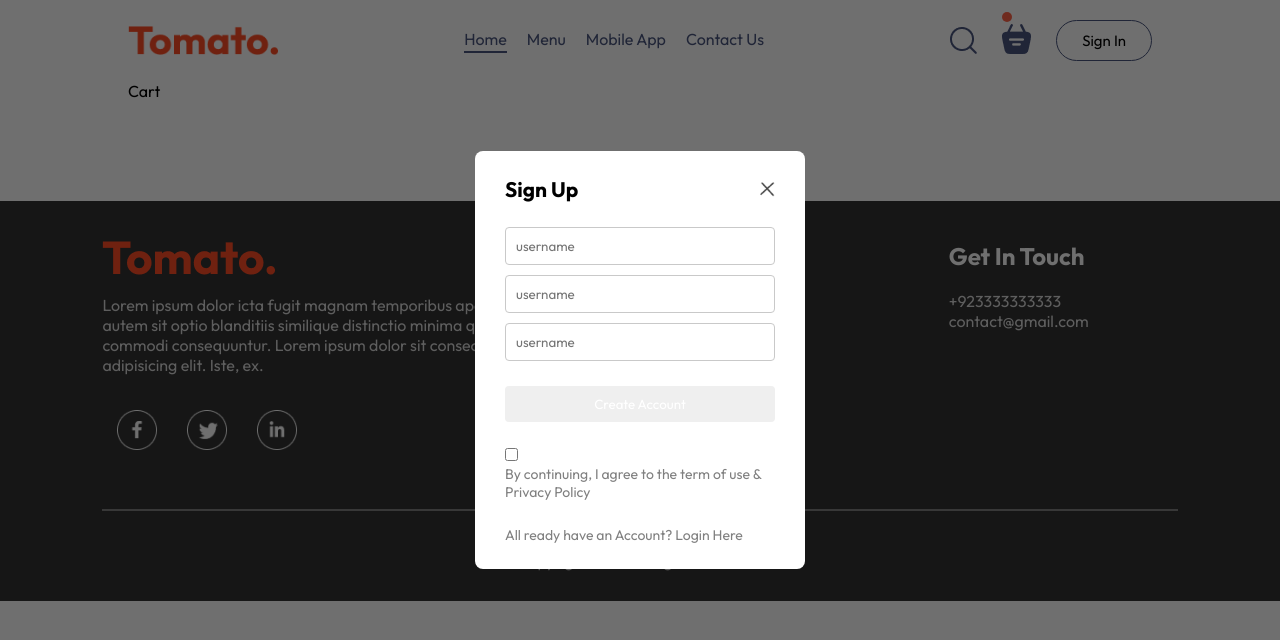
Repository: Attar786/Food-ordering-app
Page: /cart (app in frontend/), after clicking the first element matching `button`
The author's editor kept a copy of each file at every save. The page is drawn from the files as they stood at one save, then again after the next save.
The browser window is 1280 px wide. The pictures show the whole page.
The project was rebuilt for these pictures with package versions that can differ from the ones it lists, and the page was loaded fresh each time. Also part of the build but not shown: frontend/vite.config.js, frontend/src/components/Header/Header.css, frontend/src/components/Header/Header.jsx, frontend/src/components/ExploreMenu/ExploreMenu.css, frontend/src/components/ExploreMenu/ExploreMenu.jsx, frontend/src/components/FoodDisplay/FoodDisplay.css, frontend/src/components/FoodItem/FoodItem.css, frontend/src/components/FoodItem/FoodItem.jsx and 7 more.

Above is the page before, as saved 2024-07-30 14:31:51.

### frontend/src/main.jsx
import ReactDOM from 'react-dom/client'
import App from './App.jsx'
import './index.css'
import {BrowserRouter} from 'react-router-dom'
import StoreContextProvider from './context/StoreContext.jsx'
ReactDOM.createRoot(document.getElementById('root')).render(
<BrowserRouter>

<StoreContextProvider>
<App />
</StoreContextProvider>

    </BrowserRouter>
)

### frontend/src/App.jsx
import './index.css'
import Navbar from "./components/Navbar/Navbar"
import Home from './pages/Home/Home'
import Cart from './pages/Cart/Cart'
import PlaceOrder from './pages/PlaceOrder/PlaceOrder'
import { Route, Routes } from 'react-router-dom'
import Footer from './components/Footer/Footer'

import LoginPopup from './components/LoginPopup/LoginPopup'
import { useState } from 'react'
function App() {
  const [showLogin, setShowLogin] = useState(false);

  return (
    <>
  {showLogin?<LoginPopup setShowLogin={setShowLogin}/>:<></>}
  <div className='app'>
  <Navbar setShowLogin = {setShowLogin} />
<Routes>
<Route path='/' element={<Home/>}/>
<Route path='/cart' element={<Cart/>}/>
<Route path='/order' element={<PlaceOrder/>}/>
</Routes>
  </div>
  <Footer/>
    </>
  )
}

export default App

### frontend/src/index.css
@import url('https://fonts.googleapis.com/css2?family=Outfit:wght@100..900&display=swap');


*{
margin: 0;
padding: 0;
 box-sizing: border-box;
 font-family: outfit;
 scroll-behavior: smooth;
}
body{
height: 100vh;
}
a{
text-decoration: none;
color : inherit;
}
.app{
    width: 80%;
    margin: auto;
}
@keyframes fadeIn{
    0%{
        opacity: 0;
    }
    100%{
        opacity: 1;
    }
}

### frontend/src/context/StoreContext.jsx
import './StoreContext.css';
import { createContext, useEffect, useState } from 'react';
import { food_list } from '../assets/assets'; // Ensure this path is correct and food_list is correctly exported

export const StoreContext = createContext(null);

const StoreContextProvider = (props) => {
  const [cartItems, setCartItems] = useState({});

  const addToCart = (itemId) => {
    if (!cartItems[itemId]) {
      setCartItems((prev) => ({ ...prev, [itemId]: 1 }));
    } else {
      setCartItems((prev) => ({ ...prev, [itemId]: prev[itemId] + 1 }));
    }
  };

  const removeFromCart = (itemId) => {
    setCartItems((prev) => {
      const newCount = prev[itemId] - 1;
      if (newCount <= 0) {
        const { [itemId]: _, ...rest } = prev;
        return rest;
      } else {
        return { ...prev, [itemId]: newCount };
      }
    });
  };

  useEffect(() => {
    console.log(cartItems);
  }, [cartItems]);

  const contextValue = {
    food_list,
    cartItems,
    setCartItems,
    addToCart,
    removeFromCart,
  };

  return (
    <StoreContext.Provider value={contextValue}>
      {props.children}
    </StoreContext.Provider>
  );
};

export default StoreContextProvider;

### frontend/src/components/Navbar/Navbar.jsx
import { useState } from 'react';
import './Navbar.css';
import { assets } from '../../assets/assets';
import { Link } from 'react-router-dom'
const Navbar = ({setShowLogin}) => {
  const [menu, setMenu] = useState("home");

  const handleMenuClick = (menuItem) => {
    setMenu(menuItem);
  };

  return (
    <div className="navbar">
      <img src={assets.logo} alt="Logo" className="logo" />
      <ul className="navbar-menu">
        <Link to='/' onClick={() => handleMenuClick("home")} className={menu === "home" ? "active" : ""}>Home</Link>
        <a href='#explore-menu' onClick={() => handleMenuClick("menu")} className={menu === "menu" ? "active" : ""}>Menu</a>
        <a href='#app-download' onClick={() => handleMenuClick("mobile-app")} className={menu === "mobile-app" ? "active" : ""}>Mobile App</a>
        <a href='#footer' onClick={() => handleMenuClick("contact-us")} className={menu === "contact-us" ? "active" : ""}>Contact Us</a>
      </ul>
      <div className="navbar-right">
        <img src={assets.search_icon} alt="search-icon" />
        <div>
          <img src={assets.basket_icon} alt="icons" />
          <div className="dot"></div>
        </div>
        <button onClick={()=>setShowLogin(true)} >Sign In</button>
      </div>
    </div>
  );
}

export default Navbar;

### frontend/src/pages/Cart/Cart.jsx
 import './Cart.css'
const Cart = () => {
  return (
    <div>Cart</div>
  )
}

export default Cart

### frontend/src/components/Footer/Footer.jsx
import "./Footer.css"
import { assets } from "../../assets/assets"
const Footer = () => {
  return (
    <div className="footer" id="footer">
<div className="footer-content">
    <div className="footer-content-left">
        <img src={assets.logo} alt="fsf" />
    <p>  Lorem ipsum dolor icta fugit magnam temporibus aperiam autem sit optio blanditiis similique distinctio minima quia commodi consequuntur. Lorem ipsum dolor sit consectetur adipisicing elit. Iste, ex.</p>
    <div className="footer-social-icons">
        <img src={assets.facebook_icon} alt="" />
        <img src={assets.twitter_icon} alt="" />
        <img src={assets.linkedin_icon} alt="" />
    </div>

    </div>
    <div className="footer-content-center">
    <h1>Company</h1>
        <ul>
        <li>Home</li>
        <li>AboutUs</li>
        <li>Delivery</li>
        <li>Privacy Policy</li>
        </ul>
    </div>
    <div className="footer-content-right">
        <h2>Get In Touch</h2>
        <ul>
            <li>
                +923333333333
            </li>
            <li>
                contact@gmail.com
            </li>
        </ul>
    </div>
</div>
<hr/>
<p className="footer-copyright">
copyright 2024 All right restricted
</p>

    </div>
  )
}

export default Footer

### frontend/src/components/LoginPopup/LoginPopup.jsx
import { useState } from "react";
import "./LoginPopup.css";
import { assets } from "../../assets/assets";
const LoginPopup = ({ setShowLogin }) => {
  const [currState, setCurrState] = useState("Sign Up");

  return (
    <div className="login-popup">
      <form action="" className="login-popup-container">
        <div className="login-popup-title">
          <h2> {currState}</h2>
          <img
            onClick={() => setShowLogin(false)}
            src={assets.cross_icon}
            alt=""
          />
        </div>

        <div className="login-popup-inputs">
          {currState === "Login" ? (
            <></>
          ) : (
            <input type="text" placeholder="username" required />
          )}
          <input type="email" placeholder="username" required />
          <input type="password" placeholder="username" required />
        </div>
        <button>{currState === "Sign Up" ? "Create Account" : "Login"}</button>
        <div className="login-popup-condition">
          <input type="checkbox" />
          <p>By continuing, I agree to the term of use & Privacy Policy</p>
        </div>

        {currState === "Login"
        ?(
          <p>
            Create a new Account? <span onClick={()=>setCurrState("Sign Up")}>Click Here</span>
          </p>
        ) : (
          <p>
            All ready have an Account? <span onClick={()=>setCurrState("Login")}>Login Here</span>
          </p>
        )}
      </form>
    </div>
  );
};

export default LoginPopup;

### frontend/src/assets/assets.js
import basket_icon from './basket_icon.png'
import logo from './logo.png'
import header_img from './header_img.png'
import search_icon from './search_icon.png'
import menu_1 from './menu_1.png'
import menu_2 from './menu_2.png'
import menu_3 from './menu_3.png'
import menu_4 from './menu_4.png'
import menu_5 from './menu_5.png'
import menu_6 from './menu_6.png'
import menu_7 from './menu_7.png'
import menu_8 from './menu_8.png'

import food_1 from './food_1.png'
import food_2 from './food_2.png'
import food_3 from './food_3.png'
import food_4 from './food_4.png'
import food_5 from './food_5.png'
import food_6 from './food_6.png'
import food_7 from './food_7.png'
import food_8 from './food_8.png'
import food_9 from './food_9.png'
import food_10 from './food_10.png'
import food_11 from './food_11.png'
import food_12 from './food_12.png'
import food_13 from './food_13.png'
import food_14 from './food_14.png'
import food_15 from './food_15.png'
import food_16 from './food_16.png'
import food_17 from './food_17.png'
import food_18 from './food_18.png'
import food_19 from './food_19.png'
import food_20 from './food_20.png'
import food_21 from './food_21.png'
import food_22 from './food_22.png'
import food_23 from './food_23.png'
import food_24 from './food_24.png'
import food_25 from './food_25.png'
import food_26 from './food_26.png'
import food_27 from './food_27.png'
import food_28 from './food_28.png'
import food_29 from './food_29.png'
import food_30 from './food_30.png'
import food_31 from './food_31.png'
import food_32 from './food_32.png'

import add_icon_white from './add_icon_white.png'
import add_icon_green from './add_icon_green.png'
import remove_icon_red from './remove_icon_red.png'
import app_store from './app_store.png'
import play_store from './play_store.png'
import linkedin_icon from './linkedin_icon.png'
import facebook_icon from './facebook_icon.png'
import twitter_icon from './twitter_icon.png'
import cross_icon from './cross_icon.png'
import selector_icon from './selector_icon.png'
import rating_starts from './rating_starts.png'
import profile_icon from './profile_icon.png'
import bag_icon from './bag_icon.png'
import logout_icon from './logout_icon.png'
import parcel_icon from './parcel_icon.png'

export const assets = {
    logo,
    basket_icon,
    header_img,
    search_icon,
    rating_starts,
    add_icon_green,
    add_icon_white,
    remove_icon_red,
    app_store,
    play_store,
    linkedin_icon,
    facebook_icon,
    twitter_icon,
    cross_icon,
    selector_icon,
    profile_icon,
    logout_icon,
    bag_icon,
    parcel_icon
}

export const menu_list = [
    {
        menu_name: "Salad",
        menu_image: menu_1
    },
    {
        menu_name: "Rolls",
        menu_image: menu_2
    },
    {
        menu_name: "Deserts",
        menu_image: menu_3
    },
    {
        menu_name: "Sandwich",
        menu_image: menu_4
    },
    {
        menu_name: "Cake",
        menu_image: menu_5
    },
    {
        menu_name: "Pure Veg",
        menu_image: menu_6
    },
    {
        menu_name: "Pasta",
        menu_image: menu_7
    },
    {
        menu_name: "Noodles",
        menu_image: menu_8
    }]

export const food_list = [
    {
        _id: "1",
        name: "Greek salad",
        image: food_1,
        price: 12,
        description: "Food provides essential nutrients for overall health and well-being",
        category: "Salad"
    },
    {
        _id: "2",
        name: "Veg salad",
        image: food_2,
        price: 18,
        description: "Food provides essential nutrients for overall health and well-being",
        category: "Salad"
    }, {
        _id: "3",
        name: "Clover Salad",
        image: food_3,
        price: 16,
        description: "Food provides essential nutrients for overall health and well-being",
        category: "Salad"
    }, {
        _id: "4",
        name: "Chicken Salad",
        image: food_4,
        price: 24,
        description: "Food provides essential nutrients for overall health and well-being",
        category: "Salad"
    }, {
        _id: "5",
        name: "Lasagna Rolls",
        image: food_5,
        price: 14,
        description: "Food provides essential nutrients for overall health and well-being",
        category: "Rolls"
    }, {
        _id: "6",
        name: "Peri Peri Rolls",
        image: food_6,
        price: 12,
        description: "Food provides essential nutrients for overall health and well-being",
        category: "Rolls"
    }, {
        _id: "7",
        name: "Chicken Rolls",
        image: food_7,
        price: 20,
        description: "Food provides essential nutrients for overall health and well-being",
        category: "Rolls"
    }, {
        _id: "8",
        name: "Veg Rolls",
        image: food_8,
        price: 15,
        description: "Food provides essential nutrients for overall health and well-being",
        category: "Rolls"
    }, {
        _id: "9",
        name: "Ripple Ice Cream",
        image: food_9,
        price: 14,
        description: "Food provides essential nutrients for overall health and well-being",
        category: "Deserts"
    }, {
        _id: "10",
        name: "Fruit Ice Cream",
        image: food_10,
        price: 22,
        description: "Food provides essential nutrients for overall health and well-being",
        category: "Deserts"
    }, {
        _id: "11",
        name: "Jar Ice Cream",
        image: food_11,
        price: 10,
        description: "Food provides essential nutrients for overall health and well-being",
        category: "Deserts"
    }, {
        _id: "12",
        name: "Vanilla Ice Cream",
        image: food_12,
        price: 12,
        description: "Food provides essential nutrients for overall health and well-being",
        category: "Deserts"
    },
    {
        _id: "13",
        name: "Chicken Sandwich",
        image: food_13,
        price: 12,
        description: "Food provides essential nutrients for overall health and well-being",
        category: "Sandwich"
    },
    {
        _id: "14",
        name: "Vegan Sandwich",
        image: food_14,
        price: 18,
        description: "Food provides essential nutrients for overall health and well-being",
        category: "Sandwich"
    }, {
        _id: "15",
        name: "Grilled Sandwich",
        image: food_15,
        price: 16,
        description: "Food provides essential nutrients for overall health and well-being",
        category: "Sandwich"
    }, {
        _id: "16",
        name: "Bread Sandwich",
        image: food_16,
        price: 24,
        description: "Food provides essential nutrients for overall health and well-being",
        category: "Sandwich"
    }, {
        _id: "17",
        name: "Cup Cake",
        image: food_17,
        price: 14,
        description: "Food provides essential nutrients for overall health and well-being",
        category: "Cake"
    }, {
        _id: "18",
        name: "Vegan Cake",
        image: food_18,
        price: 12,
        description: "Food provides essential nutrients for overall health and well-being",
        category: "Cake"
    }, {
        _id: "19",
        name: "Butterscotch Cake",
        image: food_19,
        price: 20,
        description: "Food provides essential nutrients for overall health and well-being",
        category: "Cake"
    }, {
        _id: "20",
        name: "Sliced Cake",
        image: food_20,
        price: 15,
        description: "Food provides essential nutrients for overall health and well-being",
        category: "Cake"
    }, {
        _id: "21",
        name: "Garlic Mushroom ",
        image: food_21,
        price: 14,
        description: "Food provides essential nutrients for overall health and well-being",
        category: "Pure Veg"
    }, {
        _id: "22",
        name: "Fried Cauliflower",
        image: food_22,
        price: 22,
        description: "Food provides essential nutrients for overall health and well-being",
        category: "Pure Veg"
    }, {
        _id: "23",
        name: "Mix Veg Pulao",
        image: food_23,
        price: 10,
        description: "Food provides essential nutrients for overall health and well-being",
        category: "Pure Veg"
    }, {
        _id: "24",
        name: "Rice Zucchini",
        image: food_24,
        price: 12,
        description: "Food provides essential nutrients for overall health and well-being",
        category: "Pure Veg"
    },
    {
        _id: "25",
        name: "Cheese Pasta",
        image: food_25,
        price: 12,
        description: "Food provides essential nutrients for overall health and well-being",
        category: "Pasta"
    },
    {
        _id: "26",
        name: "Tomato Pasta",
        image: food_26,
        price: 18,
        description: "Food provides essential nutrients for overall health and well-being",
        category: "Pasta"
    }, {
        _id: "27",
        name: "Creamy Pasta",
        image: food_27,
        price: 16,
        description: "Food provides essential nutrients for overall health and well-being",
        category: "Pasta"
    }, {
        _id: "28",
        name: "Chicken Pasta",
        image: food_28,
        price: 24,
        description: "Food provides essential nutrients for overall health and well-being",
        category: "Pasta"
    }, {
        _id: "29",
        name: "Buttter Noodles",
        image: food_29,
        price: 14,
        description: "Food provides essential nutrients for overall health and well-being",
        category: "Noodles"
    }, {
        _id: "30",
        name: "Veg Noodles",
        image: food_30,
        price: 12,
        description: "Food provides essential nutrients for overall health and well-being",
        category: "Noodles"
    }, {
        _id: "31",
        name: "Somen Noodles",
        image: food_31,
        price: 20,
        description: "Food provides essential nutrients for overall health and well-being",
        category: "Noodles"
    }, {
        _id: "32",
        name: "Cooked Noodles",
        image: food_32,
        price: 15,
        description: "Food provides essential nutrients for overall health and well-being",
        category: "Noodles"
    }
]

### frontend/src/components/Navbar/Navbar.css
.navbar{
    padding: 20px 0;
    display: flex;
    justify-content: space-between;
    align-items: center;
}
.navbar .logo{
    width: 150px;
}
.navbar-menu{
    display: flex;
    list-style: none;
    gap: 20px;
    font: 18px;
    color: #49557e;
    cursor: pointer;
}
.navbar-right{
    display: flex;
    align-items: center;
    gap: 25px;

}
.navbar button{
    font-size: 15px;
    border: 1px solid #49557e;
    background: transparent;
    padding: 10px 25px;
    cursor: pointer;
    border-radius: 40px;
    transition: 0.3s;
}
.navbar button:hover{
    background-color: #fff4f2;
}
.navbar .navbar-menu .active{
    padding-bottom: 2px;
    border-bottom: 2px solid #49557e;

}
.search-icon{
    position: relative;
}
/* .search-icon .dot{ */
    /* position: absolute;
    top: -5px;
    right: -5px;
    width: 10px;
    height: 10px;
    background-color: blue;
    border-radius: 50%;
} */
.dot {
    position: absolute;
    top: 12px; /* Adjust as needed */
    right: 268px; /* Adjust as needed */
    width: 10px;
    height: 10px;
    background-color: tomato;
    border-radius: 50%;}
    @media (max-width: 1050px)
    {
        .navbar .logo{
            width: 140px;
        }
        .navbar-menu{
            gap: 20px;
            font-size: 17px;
        }
        .nav-right {
            gap: 30px;
        };
        .navbar-right img{
            width: 22px;
        }
        .navbar-right button{
            padding: 8px 25px;
        };

    }

    @media (max-width: 900px)
    {
        .navbar .logo{
            width: 100px;
        }
        .navbar-menu{
            gap: 10px;
            font-size: 16px;
        }
        .Nav-right {
            gap: 20px;
        }
        .navbar-right img{
            width: 17px;

        }
        .navbar-right button{
            padding: 7px 15px;
            font-size: 10px;
        }
    }

    @media (max-width: 750px)
    {

        .navbar-menu{
            display: none;;
        }
    }

### frontend/src/components/Footer/Footer.css
.footer {
    color: #d9d9d9;
    background-color: hsl(0, 0%, 20%);
    display: flex;
    flex-direction: column;
    align-items: center;
    gap: 20px;
    padding: 30px 8vw; /* Fixed padding syntax */
    padding-top: 40px;
    margin-top: 100px;
}

.footer-content {
    width: 100%;
    display: grid;
    grid-template-columns: 2fr 1fr 1fr;
    gap: 80px;
}

.footer-content-left, .footer-content-center, .footer-content-right {
    display: flex;
    flex-direction: column;
    align-items: start;
    gap: 20px;
}

.footer-content-left li, .footer-content-center li, .footer-content-right li {
    list-style: none;
    cursor: pointer;
}
.footer-content-center h2, .footer-content-right h2 {
    color: white;
}
.footer-social-icons img {
width: 40px;
margin: 15px;
}
.footer-social-icons img:hover {
    width: 40px;
    margin: 15px;
    }
.footer hr{
    width: 100%;
    height: 2px;
    margin: 20px 0;
    background-color : gray;
    border: none;
}
@media (max-width: 1050px) {
    .footer-content{
        display: flex;
        flex-direction:column;
        gap: 35px;
    }
    .footer-copyright{
        text-align: center;
}
}

### frontend/src/components/LoginPopup/LoginPopup.css
.login-popup{
    position: absolute;
    z-index: 1;
    width: 100%;
    height: 100%;
    background-color: #00000090;
    display: grid;
}
.login-popup-container{
    place-self: center;
    width: max(23vw, 330px);
    color: #808080;
    background-color: white;
    display: flex;
    flex-direction: column;
    gap: 25px;
    padding: 25px 30px;
    border-radius: 8px;
    font-size: 14px;
    animation: fadeIn 1.5s;
}
.login-popup-title{
    display: flex;
    align-items: center;
    justify-content: space-between;
    color: black;
}
.login-popup-title img{
    width: 15px;
    cursor: pointer;
}
.login-popup-inputs{
    display: flex;
    flex-direction:column;
    gap: 10px;
}
.login-popup-inputs input{
    outline: none;
    padding: 10px;
    border: 1px solid #c9c9c9;
    border-radius: 4px;
}
.login-popup-container button{
    border: none;
    padding: 10px;
    border-radius: 4px;
    color: white;
}

Loaded but not shown: frontend/index.html (common file); frontend/src/context/StoreContext.css (no stored copy; drawn as an empty file); frontend/src/pages/Home/Home.css (no stored copy; drawn as an empty file)

After the next save:
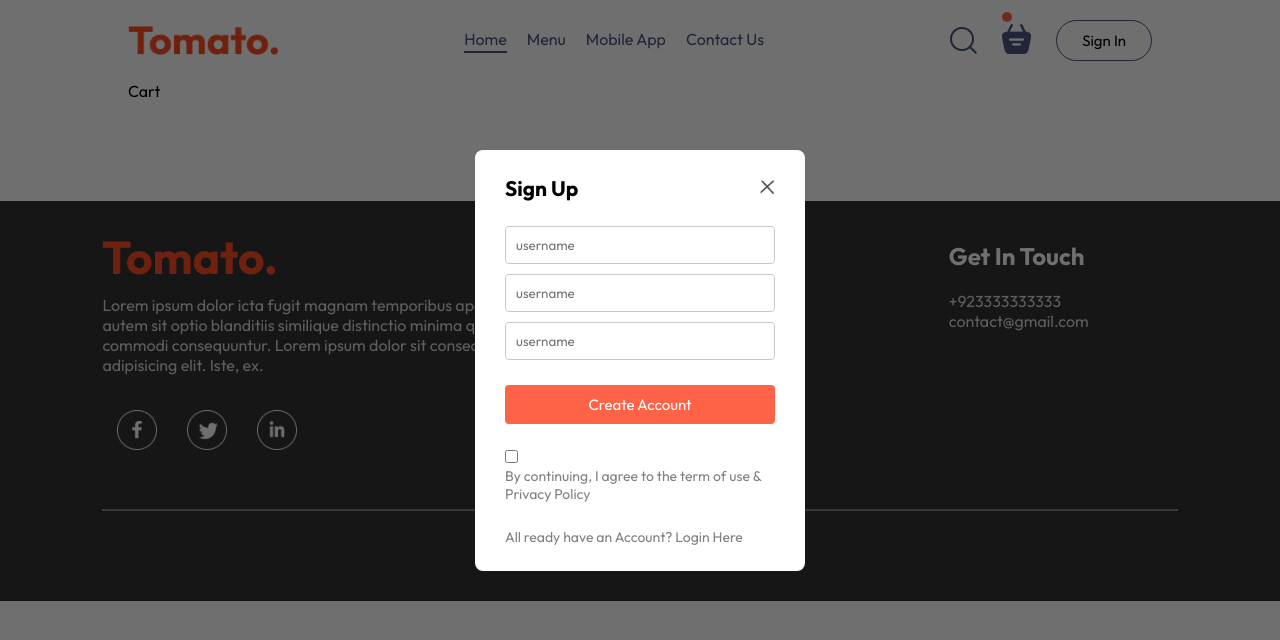
Saved 49 s later.
--- a/frontend/src/components/LoginPopup/LoginPopup.css
+++ b/frontend/src/components/LoginPopup/LoginPopup.css
@@ -45,4 +45,9 @@
     padding: 10px;
     border-radius: 4px;
     color: white;
+    cursor: pointer
+    ;
+    background-color: tomato;
+    font-size: 15px;
+
 }
